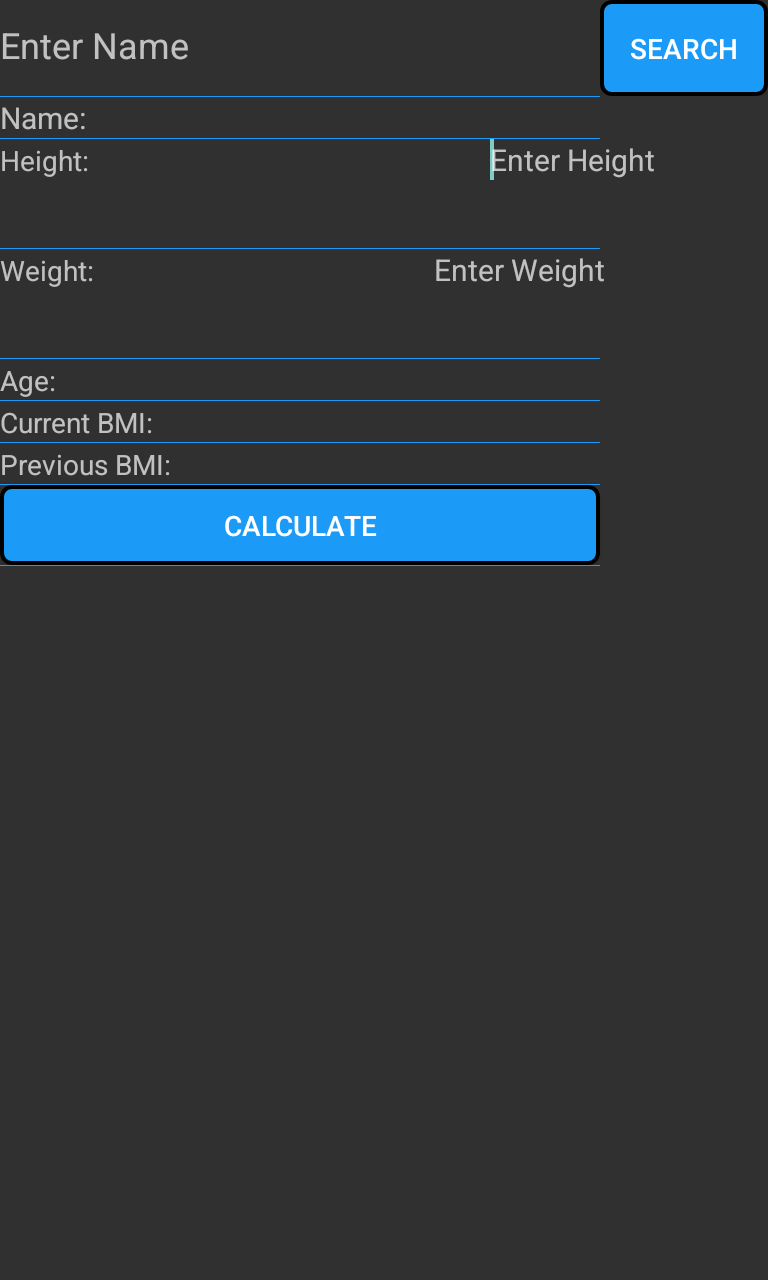
Repository: Team-7/prototype.6
Layout: workspace/Hope World Wide/res/layout/bmi.xml
These files come from the project's save history. The layout is drawn as it stood at one moment and after the next save; the edit follows.
It is drawn on a 768 x 1280 px phone screen (xhdpi) without system bars, with theme AppTheme; the app's code is not run.

Above is the layout before, as saved 2014-06-02 07:27:15.

After the next save:
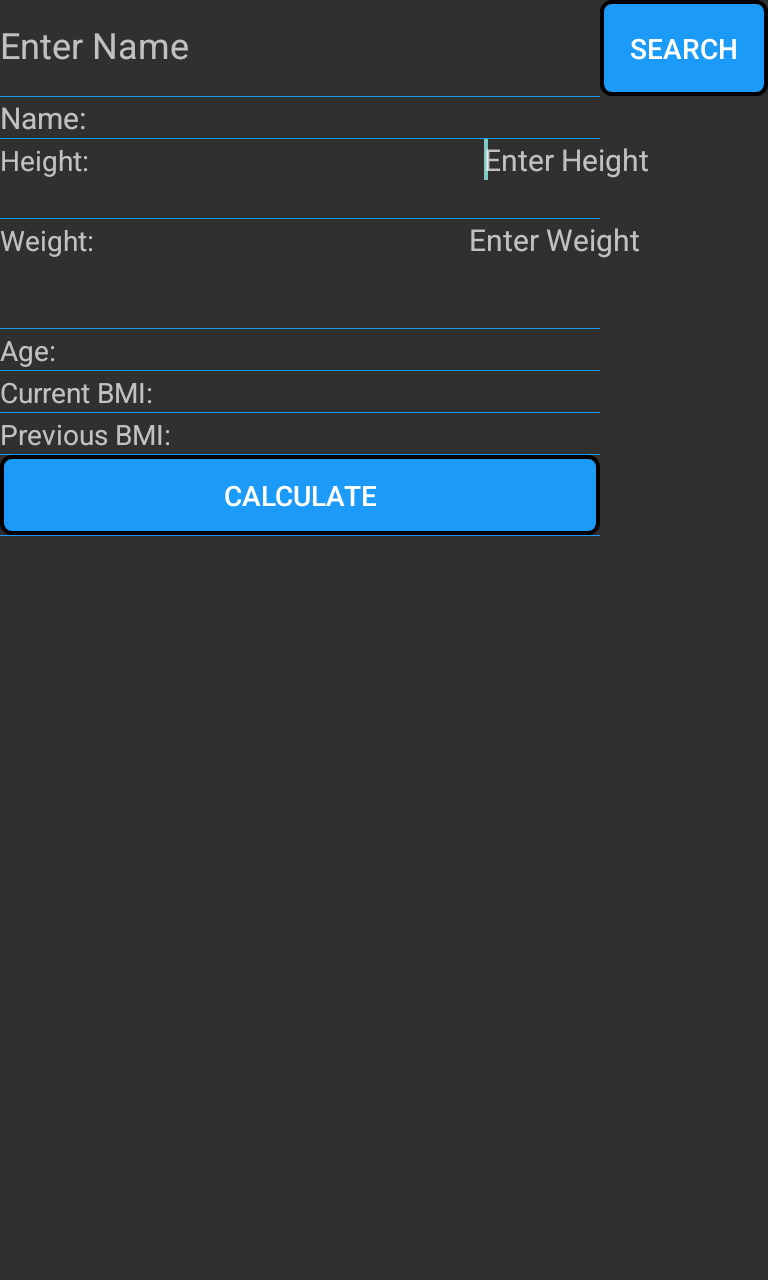
Saved 3 min 12 s later.
--- a/workspace/Hope World Wide/res/layout/bmi.xml
+++ b/workspace/Hope World Wide/res/layout/bmi.xml
@@ -102,7 +102,7 @@
 
      <TextView
         android:id="@+id/textView1"
-        android:layout_width="50dp"
+        android:layout_width="25dp"
         android:layout_height="wrap_content"
         android:layout_weight="1"
         android:text="@string/height" />
@@ -121,13 +121,6 @@
         <requestFocus />
     </EditText>
 
-      <TextView
-        android:id="@+id/textView3"
-        android:layout_width="50dp"
-        android:layout_height="wrap_content"
-        android:layout_weight="1"
-        android:text="@string/cm" />
-
 </TableRow>
 
 <TableRow
